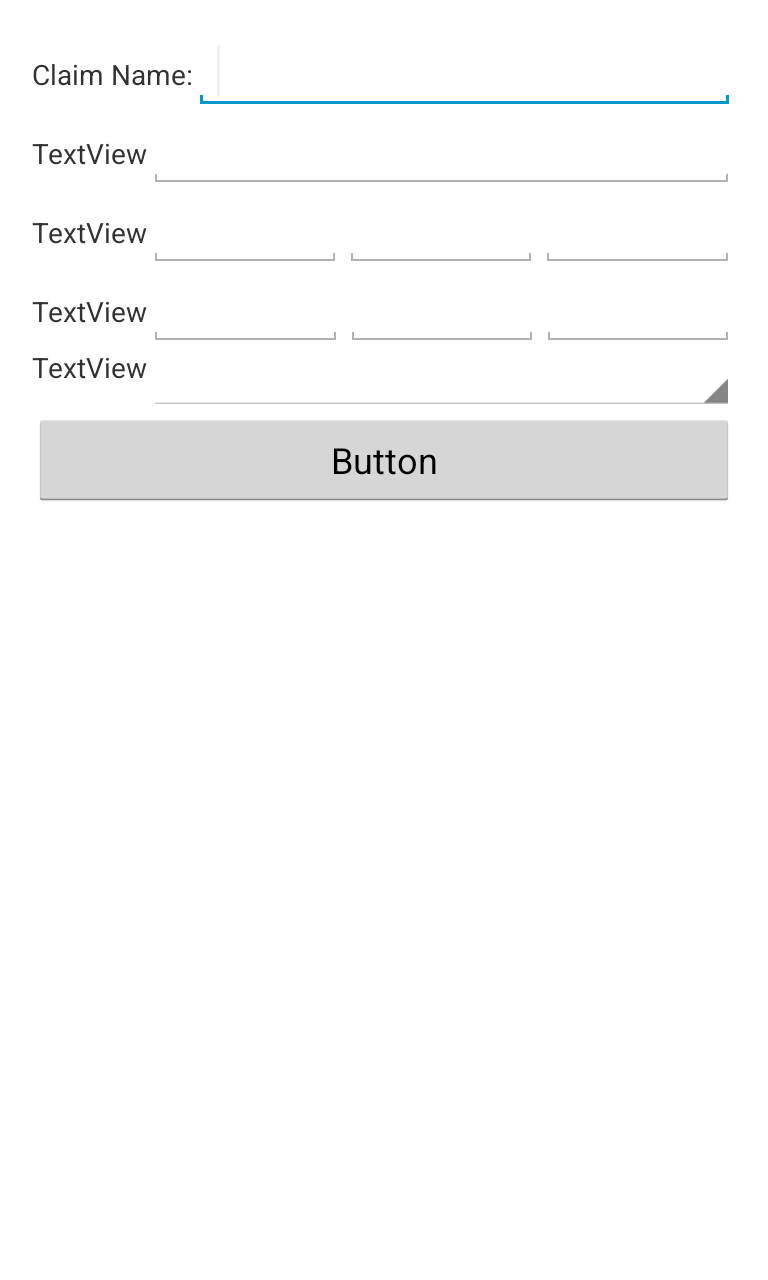
Repository: eorodrig/eorodrigTravelLogger
Layout: TravelLogger/res/layout/activity_new_claim.xml
An editor plug-in stored every save of this project. The layout is shown before and after the next save, followed by the edit.
It is drawn on a 768 x 1280 px phone screen (xhdpi) without system bars, with theme AppTheme; the app's code is not run.

Above is the layout before, as saved 2015-01-16 06:51:39.

After the next save:
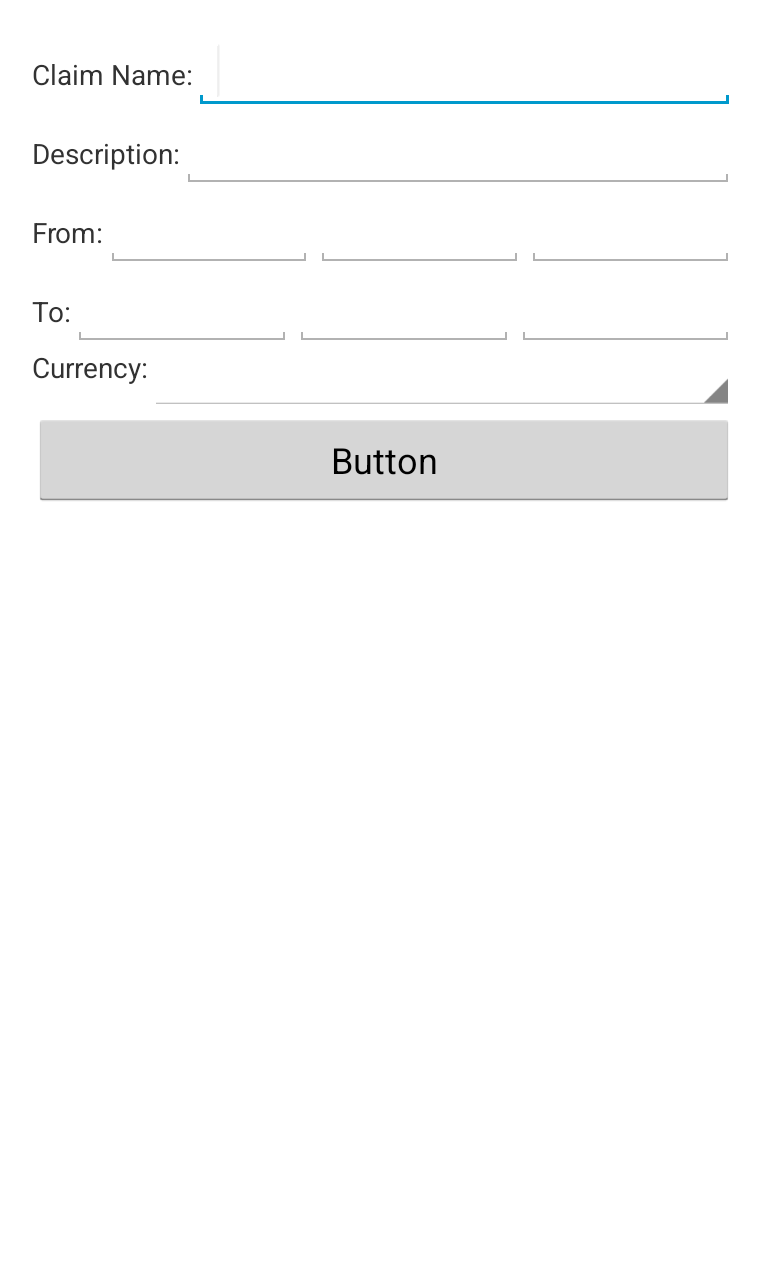
Saved 48 s later.
--- a/TravelLogger/res/layout/activity_new_claim.xml
+++ b/TravelLogger/res/layout/activity_new_claim.xml
@@ -42,7 +42,7 @@
                 android:id="@+id/textView2"
                 android:layout_width="wrap_content"
                 android:layout_height="wrap_content"
-                android:text="TextView" />
+                android:text="@string/claim_description" />
 
             <EditText
                 android:id="@+id/editText2"
@@ -61,7 +61,7 @@
                 android:id="@+id/textView3"
                 android:layout_width="wrap_content"
                 android:layout_height="wrap_content"
-                android:text="TextView" />
+                android:text="@string/from_date" />
 
             <EditText
                 android:id="@+id/editText3"
@@ -94,7 +94,7 @@
                 android:id="@+id/textView4"
                 android:layout_width="wrap_content"
                 android:layout_height="wrap_content"
-                android:text="TextView" />
+                android:text="@string/to_date" />
 
             <EditText
                 android:id="@+id/editText6"
@@ -130,7 +130,7 @@
                 android:id="@+id/textView5"
                 android:layout_width="wrap_content"
                 android:layout_height="wrap_content"
-                android:text="TextView" />
+                android:text="@string/currency_type" />
 
             <Spinner
                 android:id="@+id/spinner1"
